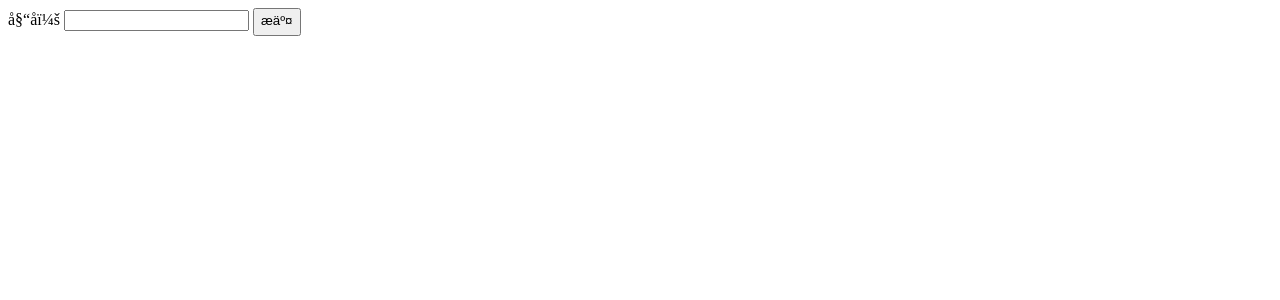
Repository: Lansefanggezi/JavaWeb
Page: http://localhost/Spring-MVC/register.jsp
An editor plug-in stored every save of this project. The page is shown before and after the next save, followed by the edit.
The browser window is 1280 px wide. The pictures show the whole page.
The page is served by Tomcat 9. Nobody is signed in. The application's start-up code is not run.

Above is the page before, as saved 2018-04-04 13:37:34.

After the next save:
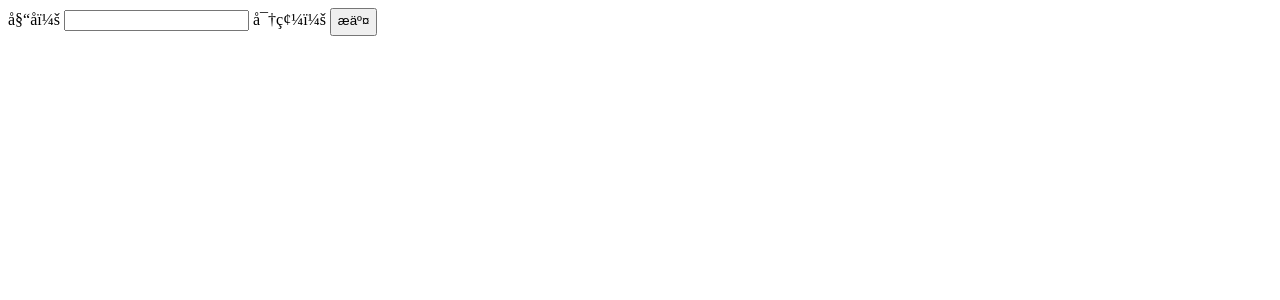
Saved 17 s later.
--- a/Spring-MVC/WebContent/register.jsp
+++ b/Spring-MVC/WebContent/register.jsp
@@ -12,7 +12,7 @@
 <form action="/mvc/pringWelcome">
 	<label>姓名：</label>
 	<input type="text" id="userName" />
-
+	<label>密碼：</label>
 	<input type="submit" value="提交" />
 </form>
 </body>
